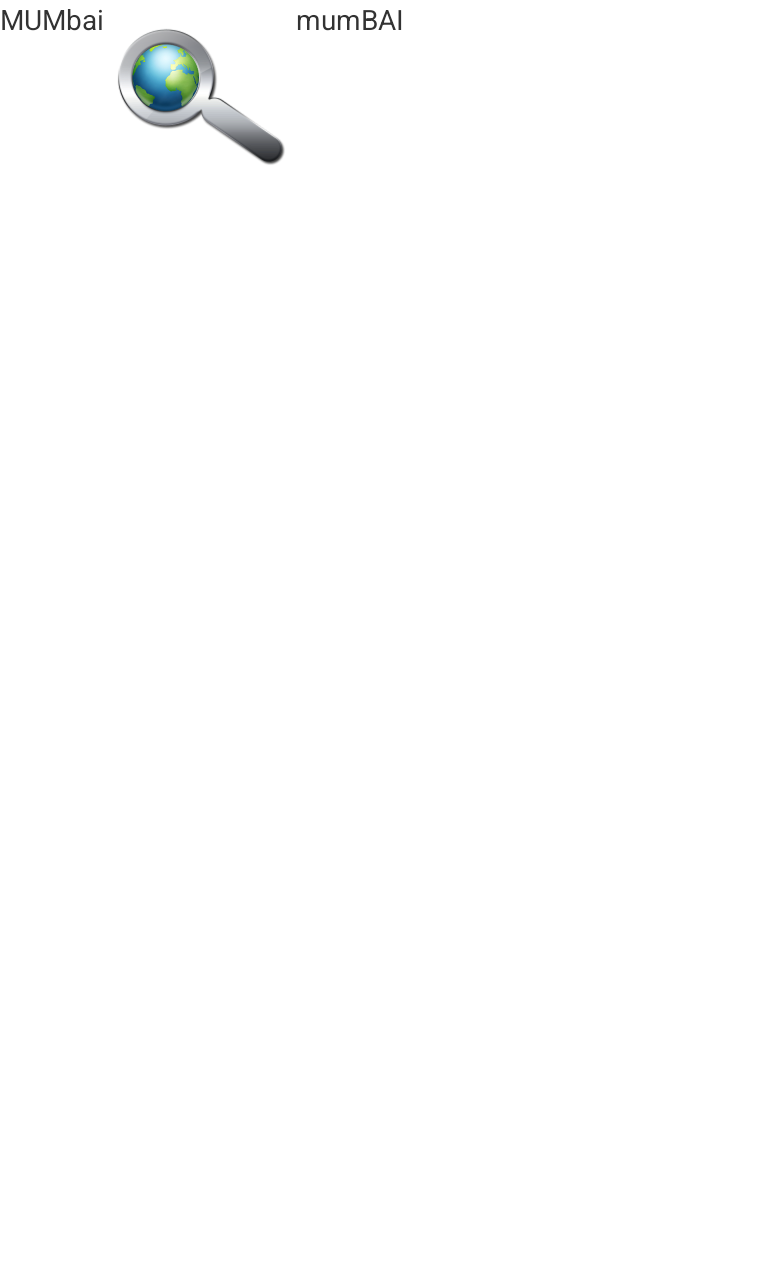
Repository: sandeshshetty/TravelZeus
Layout: TravelZeus/res/layout/fragment_breif_info.xml
An editor plug-in stored every save of this project. The layout is shown before and after the next save, followed by the edit.
It is drawn on a 768 x 1280 px phone screen (xhdpi) without system bars, with theme AppTheme; the app's code is not run.

Above is the layout before, as saved 2015-05-16 13:43:30.

After the next save:
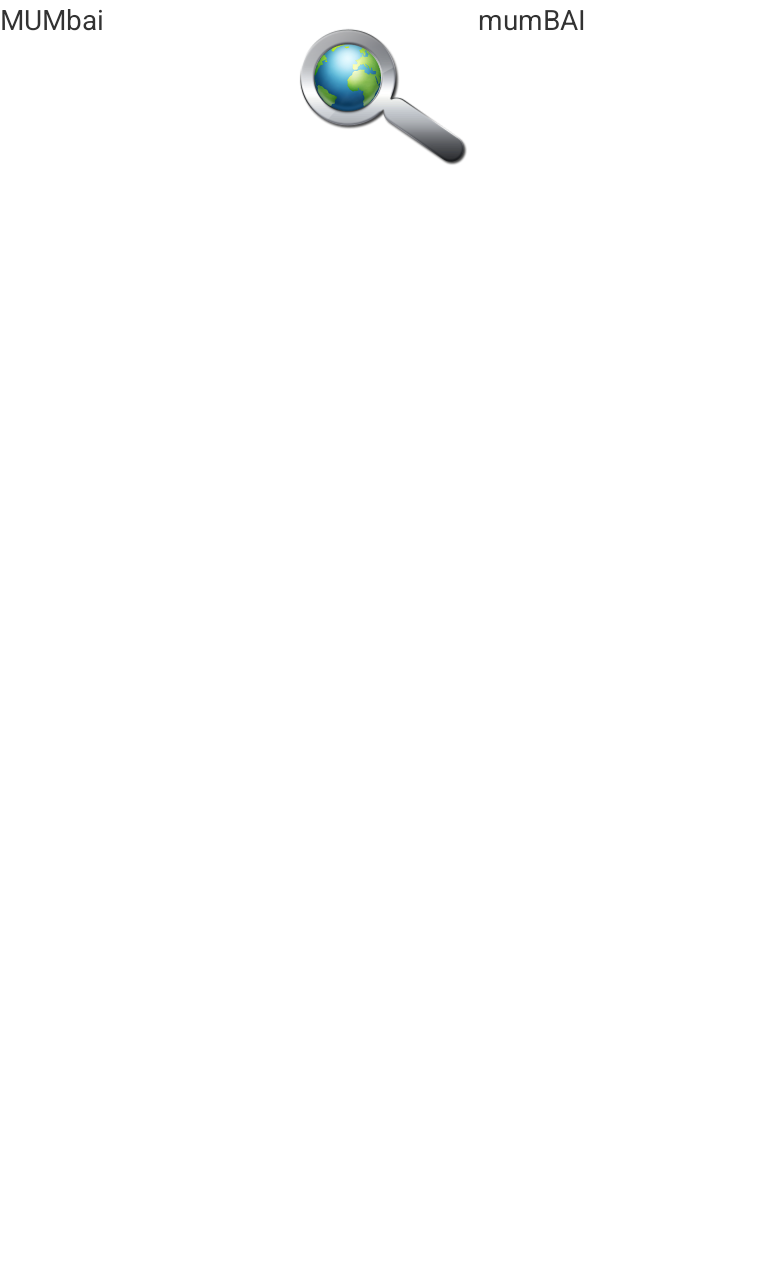
Saved 4 min 36 s later.
--- a/TravelZeus/res/layout/fragment_breif_info.xml
+++ b/TravelZeus/res/layout/fragment_breif_info.xml
@@ -5,31 +5,33 @@
     android:orientation="vertical" >
 
     <LinearLayout
+        android:layout_width="match_parent"
         android:layout_height="wrap_content"
-        android:layout_width="match_parent"
+        android:gravity="center"
         android:orientation="horizontal" >
 
         <TextView
             android:id="@+id/briefFrom"
+            android:layout_width="wrap_content"
             android:layout_height="match_parent"
-            android:layout_width="wrap_content"
             android:layout_gravity="center_vertical|center_horizontal"
-            android:text="MUMbai"/>
+            android:layout_weight="0.50"
+            android:text="MUMbai" />
 
         <ImageView
             android:id="@+id/briefMode"
+            android:layout_width="wrap_content"
             android:layout_height="match_parent"
-            android:layout_width="wrap_content"
             android:layout_gravity="center"
-            android:src="@drawable/ic_launcher"
-            />
+            android:src="@drawable/ic_launcher" />
 
         <TextView
             android:id="@+id/briefTo"
+            android:layout_width="wrap_content"
             android:layout_height="match_parent"
-            android:layout_width="wrap_content"
-            android:layout_gravity="center"
-            android:text="mumBAI"/>
+            android:layout_weight="0.50"
+            android:text="mumBAI"
+            android:textSize="14sp" />
 
     </LinearLayout>
 
